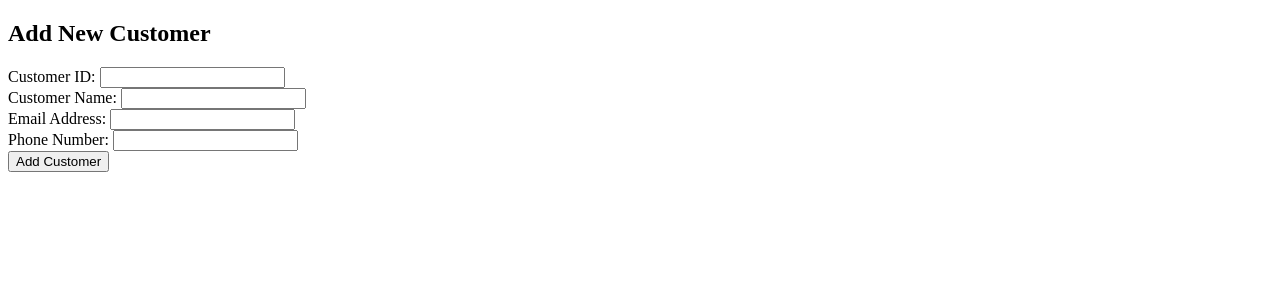
Repository: NirmalyaSatapathy/NirmalyaSatapathyProjects
Page: CarRental/CarRental/src/main/webapp/addCustomer.html
These files come from the project's save history. The page is drawn as it stood at one moment and after the next save; the edit follows.
The browser window is 1280 px wide. The pictures show the whole page.

Above is the page before, as saved 2025-05-04 19:09:00.

After the next save:
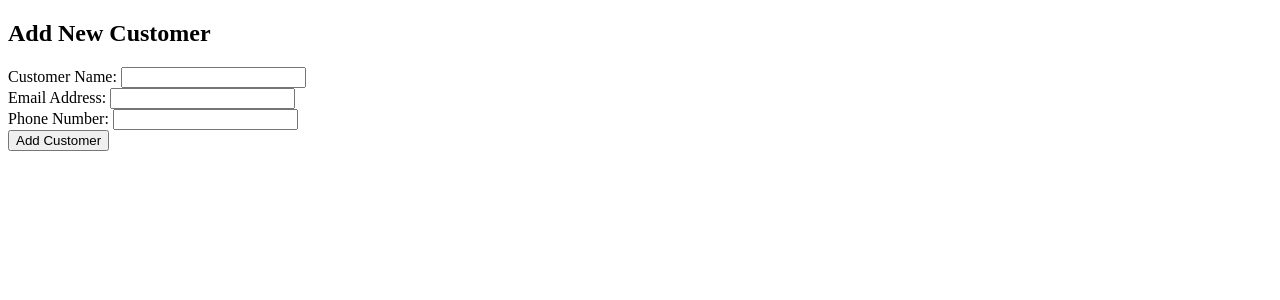
Saved 39 s later.
--- a/CarRental/CarRental/src/main/webapp/addCustomer.html
+++ b/CarRental/CarRental/src/main/webapp/addCustomer.html
@@ -7,7 +7,7 @@
 <body>
 	  <h2>Add New Customer</h2>
     <form action="AddCustomer" method="post">
-      Customer ID: <input type="number" name="customerId" required><br>
+
         <label for="name">Customer Name:</label>
         <input type="text" id="name" name="name" required><br>
 
